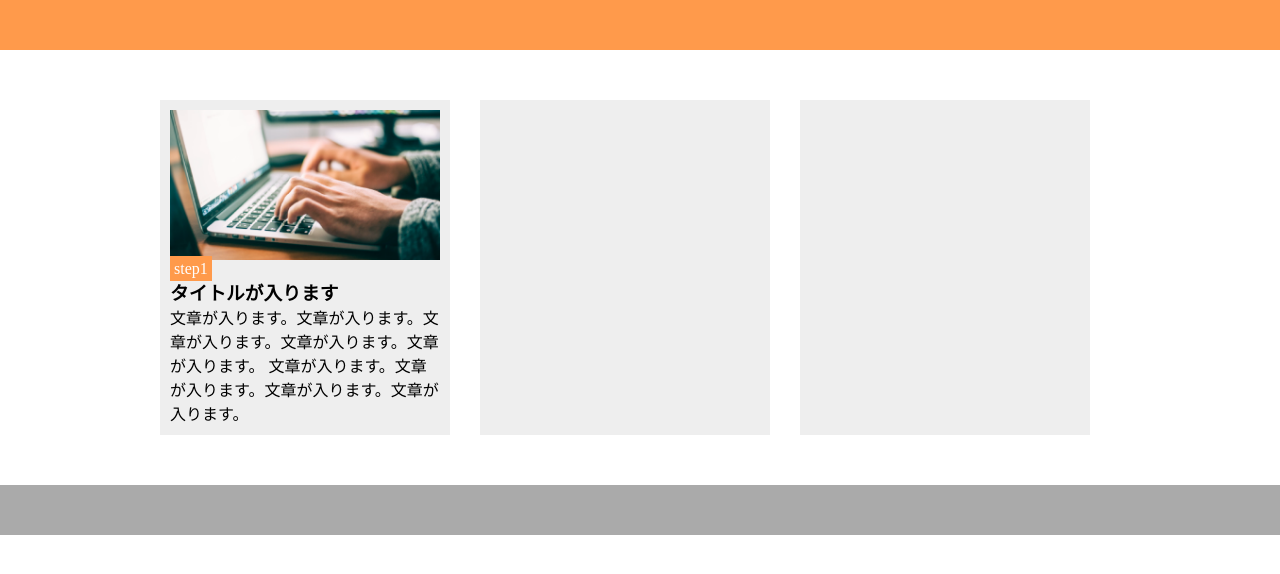
Repository: Souax/prac_20231021
Page: Chapter9/9.html
The author's editor kept a record of every edit. The page is drawn from the files as they stood at one moment, then again after the next edit.
The browser window is 1280 px wide. The pictures show the whole page.

Above is the page before.

After the next edit:
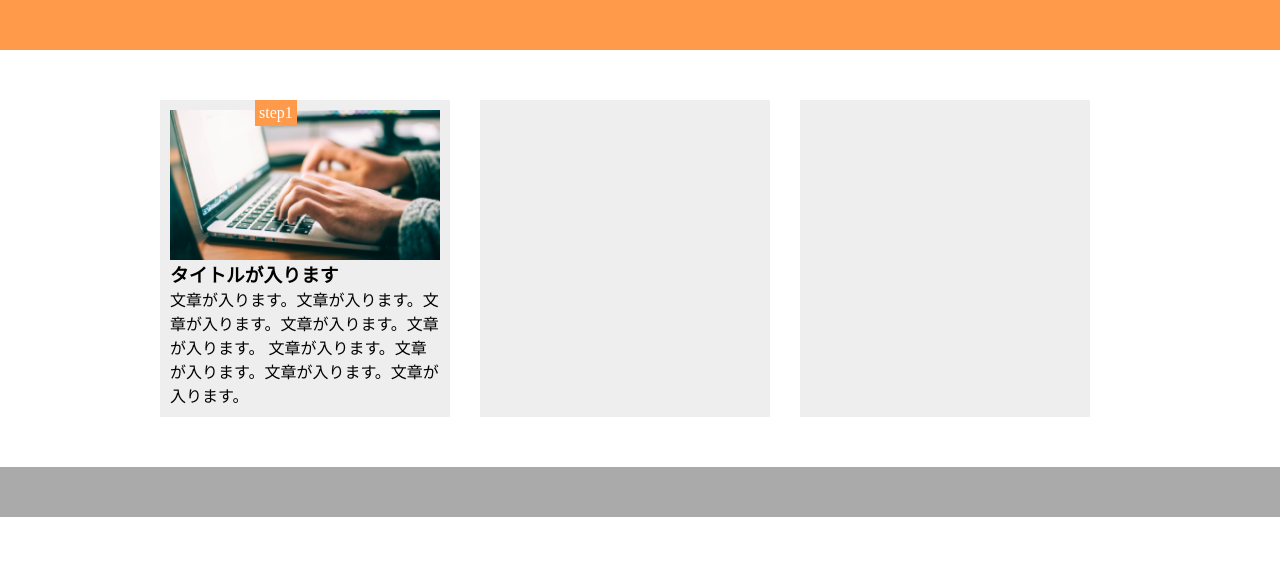
The edit:
--- a/Chapter9/9.css
+++ b/Chapter9/9.css
@@ -23,6 +23,9 @@
 }
 
 .num{
+  position:absolute;
+  top:100px;
+  left:255px;
   padding:4px;
   background-color:#FF9A4B;
   color:#fff;
